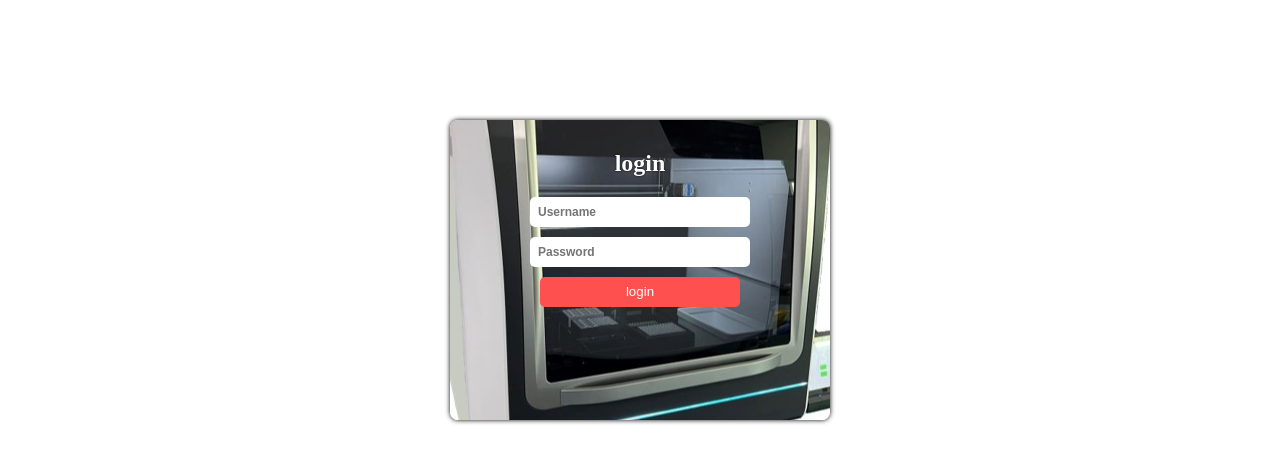
Repository: dnttalk/Ngs_arm1
Page: public/login.html
The author's editor kept a copy of each file at every save. The page is drawn from the files as they stood at one save, then again after the next save.
The browser window is 1280 px wide. The pictures show the whole page.

Above is the page before, as saved 2023-07-07 15:04:11.

### public/login.html
<!DOCTYPE>
<html>

<head>
    <meta http-equiv="Content-Type" content="text/html; charset=utf-8" />
    <title>Login</title>
    <style>
        #login_div {
            margin: 120px auto;
            width: 380px;
            height: 300px;
            background: rgba(255, 255, 255, 0.2);
            background: url(images/img3.jpg) no-repeat center center;
            border-radius: 8px;
            box-shadow: 0 0 5px #000;
            text-align: center;
            font-family: "幼圆";
            color: #fff;
            text-shadow: 0 0 2px #000;
        }

        .login_input {
            width: 220px;
            height: 30px;
            font-size: 12px;
            border: 0;
            border-radius: 5px;
            margin-top: 10px;
            outline: none;
            position: relative;
            top: 20px;
            padding: 8px;
            color: #ff5000;
            font-weight: bolder;
        }

        #login_div>h2 {
            position: relative;
            top: 30px;
            color: #fff;
        }

        #login {
            width: 200px;
            height: 30px;
            border-radius: 5px;
            color: #fff;
            background: #ff5050;
            border: 0;
            padding: 0;
            cursor: pointer;
            position: relative;
            top: 30px;
        }

        #remember {
            width: 200px;
            height: 30px;
            border: 0;
            margin: auto;
            font-size: 12px;
            padding: 0;
            position: relative;
            top: 30px;
        }

        #remember p {
            margin-top: 5px;
            border: 0;
            padding: 0;
            line-height: 20px;
            height: 20px;
            width: 100px;
            float: left;
            text-shadow: 0 0 1px #333;
            position: relative;
            text-align: left;
            cursor: pointer;
        }

        #login_div a {
            text-shadow: 0 0 1px #000;
            font-size: 12px;
            width: 55px;
            height: 30px;
            position: relative;
            margin-left: 310px;
            margin-top: 70px;
            display: block;
            text-decoration: underline;
            cursor: pointer;
        }
    </style>
</head>

<body>
    <form action="" method="post">
        <div id="login_div">
            <h2>login</h2>
            <input class="login_input" name="user" id="user" type="text" placeholder="Username" autofocus
                autocomplete="off" />
            <br />
            <input class="login_input" name="pwd" id="pwd" type="password" placeholder="Password" />
            <br />

            <input id="login" type="submit" value="login" />

        </div>
    </form>

</body>
<script>
    var user = document.querySelector("#user")
    var pwd = document.querySelector('#pwd')
    var login = document.querySelector('#login')
    var form = document.querySelector('form')
    login.onclick = function (e) {
        if (user.value === '' || pwd.value === '') {
            e.preventDefault()
            alert("Username and password are required......")
        } else {
            form.action = '/users/login'
        }
    }
</script>

</html>

After the next save:
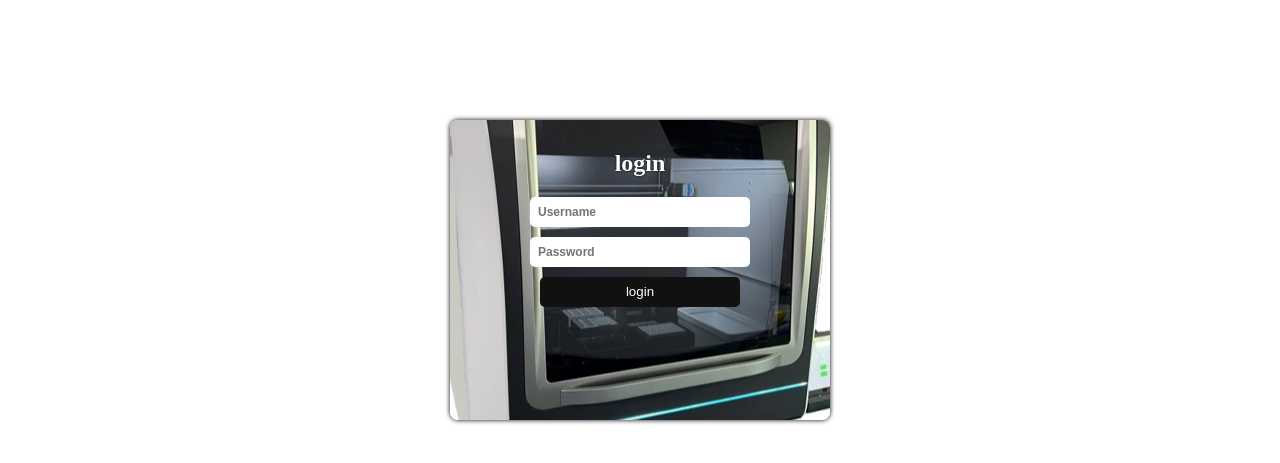
Saved 7 min 17 s later.
--- a/public/login.html
+++ b/public/login.html
@@ -45,7 +45,7 @@
             height: 30px;
             border-radius: 5px;
             color: #fff;
-            background: #ff5050;
+            background: #111111;
             border: 0;
             padding: 0;
             cursor: pointer;
